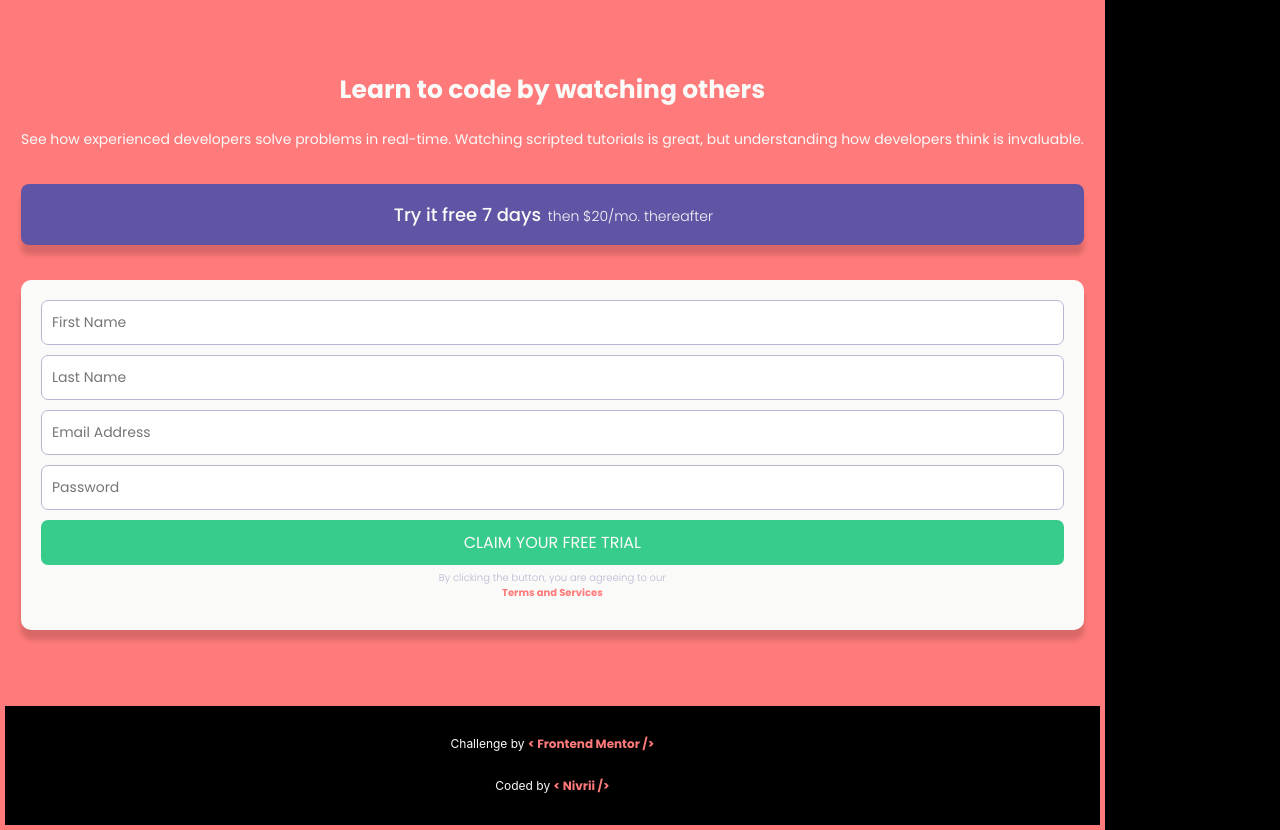
Repository: nivrii/intro-component-with-signup
Page: /
The author's editor kept a copy of each file at every save. The page is drawn from the files as they stood at one save, then again after the next save.
The browser window is 1280 px wide. The pictures show the whole page.
The project was rebuilt for these pictures with package versions that can differ from the ones it lists, and the page was loaded fresh each time. Also part of the build but not shown: vite.config.js.

Above is the page before, as saved 2023-10-19 16:55:31.

### src/App.jsx
import Container from "./Container/Container";
import { Footer } from "./Footer/Footer";

import "./App.css";
import { useState } from "react";

function App() {
  const [userArray, setUserArray] = useState({});
  return (
    <div className="UI">
      <Container userArray={userArray} setUserArray={setUserArray} />
      <Footer />
    </div>
  );
}

export default App;

### src/Container/Container.jsx
/* eslint-disable react/prop-types */
import { Form } from "./Form/Form";
import { Card } from "./Card/Card";
import { Content } from "./Content/Content";

const Container = (props) => {
  const { userArray, setUserArray } = props;
  return (
    <div className="container">
      <Content />
      <Card />
      <Form userArray={userArray} setUserArray={setUserArray} />
    </div>
  );
};
export default Container;

### src/Footer/Footer.jsx
import "./Footer.css";
export function Footer() {
  const frontend = '< Frontend Mentor />';
  const coder = "< Nivrii />";
  return (
    <footer>
      <p className="attribution">
        Challenge by{" "}
        <a
          href="https://www.frontendmentor.io?ref=challenge"
          target="_blank"
          rel="noreferrer"
        >
          {frontend}
        </a>
        </p>
        <p className="attribution">
         Coded by{" "}
        <a href="https://github.com/nivrii/intro-component-with-signup">
          {coder}
        </a>
      </p>
    </footer>
  );
}

### src/App.css
* {
  box-sizing: border-box;
  border: 0;
  padding: 0;
}
:root {
  /*Primary colors*/
  --red: hsl(0, 100%, 74%);
  --green: hsl(154, 59%, 51%);
  /*Accent colors*/
  --blue: hsl(248, 32%, 49%);
  --white: #fafaf9;
  /*Neutral colors*/
  --dark-blue: hsl(249, 10%, 26%);
  --grayish-blue: hsl(246, 25%, 77%);
  /*typography*/
  --fSize: 14px;
  --w4: 400;
  --w5: 500;
  --w6: 600;
  --w7: 700;
}
@font-face {
  font-family: "Poppins-bold";
  src: url(./assets/Fonts/poppins/Poppins-Bold.otf) format("opentype");
}
@font-face {
  font-family: "Poppins-regular";
  src: url(./assets/Fonts/poppins/Poppins-Regular.otf) format("opentype");
}
@font-face {
  font-family: "Poppins-medium";
  src: url(./assets/Fonts/poppins/Poppins-Medium.otf) format("opentype");
}
@font-face {
  font-family: "Poppins-light";
  src: url(./assets/Fonts/poppins/Poppins-Light.otf) format("opentype");
}
body {
  background-color: #000;
}
.UI {
  display: flex;
  flex-direction: column;
}
.container {
  display: flex;
  flex-direction: column;
  align-items: center;
  justify-content: center;
  width: 100%;
  min-height: 80vh;
  background-color: var(--red);
  padding: 50px 20px 70px;
  margin: 0;
  border: 1px solid var(--red);
}
.close {
  display: none;
}

### src/Container/Form/Form.jsx
/* eslint-disable no-useless-escape */
/* eslint-disable react/prop-types */
import "./Form.css";
import Success from "./Success/Success";
import { useEffect, useState } from "react";
import errorIcon from "../../../public/images/icon-error.svg";

export function Form({ userArray, setUserArray }) {
  const [fName, setFName] = useState("");
  const [lName, setLName] = useState("");
  const [email, setEmail] = useState("");
  const [password, setPassword] = useState("");

  const [fNameEmpty, setFNameEmpty] = useState(false);
  const [lNameEmpty, setLNameEmpty] = useState(false);
  const [emailEmpty, setEmailEmpty] = useState(false);
  const [emailPass, setEmailPass] = useState(false);
  const [passEmpty, setPassEmpty] = useState(false);

  const handleFirstName = (e) => {
    e.preventDefault();
    let value = e.target.value;
    value === "" ? setFNameEmpty(true) : setFNameEmpty(false);
    setFName(value);
  };
  const handleLastName = (e) => {
    e.preventDefault();
    let value = e.target.value;
    value === "" ? setLNameEmpty(true) : setLNameEmpty(false);
    setLName(value);
  };
  const handleEmail = (e) => {
    e.preventDefault();

    let value = e.target.value.trim();
    if (value === "") {
      document.querySelector(".email-input").classList.add("input-error");
      setEmailEmpty(true);
    } else {
      setEmailEmpty(false);
    }
    setEmail(value);
  };
  const emailMatcher = (email) => {
    const regex =
      /^(([^<>()[]\\.,;:s@"]+(.[^<>()[]\\.,;:s@"]+)*)|(".+"))@(([[0-9]{1,3}.[0-9]{1,3}.[0-9]{1,3}.[0-9]{1,3}])|(([a-zA-Z-0-9]+.)+[a-zA-Z]{2,}))$/;
    if (!email.match(regex)) {
      document.querySelector(".email-input").classList.add("input-error");
      document.querySelector(".miss-email").classList.remove("close");
      document.querySelector(".miss-email").classList.add("mismatch");
      setEmailPass(false);
      return;
    } else {
      setEmailPass(true);
      document.querySelector(".miss-email").classList.add("close");
      document.querySelector(".miss-email").classList.remove("mismatch");
    }
  };

  const handlePassword = (e) => {
    e.preventDefault();
    let value = e.target.value;
    value === "" ? setPassEmpty(true) : setPassEmpty(false);
    setPassword(value);
  };
  const handleSubmit = (e) => {
    e.preventDefault();
    if (fName === "") {
      setFNameEmpty(true);
      document.querySelector(".fName-input").classList.add("input-error");
      return;
    }
    if (lName === "") {
      setLNameEmpty(true);
      document.querySelector(".lName-input").classList.add("input-error");
      return;
    }
    if (email === "") {
      setEmailEmpty(true);
      document.querySelector(".email-input").classList.add("input-error");

      return;
    }
    emailMatcher(email);
    if (!emailPass) {
      document.querySelector(".email-input").classList.add("input-error");
      return;
    }
    if (password === "") {
      setPassEmpty(true);
      document.querySelector(".password-input").classList.add("input-error");
      return;
    } else {
      setEmailPass(true);
      setUserArray({
        fName: fName,
        lName: lName,
        email: email,
      });
      setFName("");
      setEmail("");
      setLName("");
      setPassword("");
      document.querySelector("form").classList.add("close");
      document.querySelector(".card__content").classList.add("close");
      document.querySelector(".content").classList.add("close");
      document.querySelector(".success").classList.remove("close");
    }
  };
  useEffect(() => {
    console.log(userArray);
  }, [userArray]);

  return (
    <>
      <form
        action="submit"
        className="form"
        onSubmit={(e) => e.preventDefault()}
      >
        <div className="input-enclose">
          {fNameEmpty && (
            <img src={errorIcon} alt="error-icon" className="error-icon" />
          )}
          <input
            type="text"
            placeholder="First Name"
            value={fName}
            name={fName}
            className="input fName-input"
            onChange={(e) => handleFirstName(e)}
            onKeyDown={() =>
              document
                .querySelector(".fName-input")
                .classList.remove("input-error")
            }
          />
          <div className="err-enclose">
            {fNameEmpty && (
              <div className=" err err-fName">First Name Cannot Be Empty</div>
            )}
          </div>
        </div>

        <div className="input-enclose">
          {lNameEmpty && (
            <img src={errorIcon} alt="error-icon" className="error-icon" />
          )}
          <input
            type="text"
            placeholder="Last Name"
            value={lName}
            name={lName}
            className="input lName-input"
            onChange={(e) => handleLastName(e)}
            onKeyDown={() =>
              document
                .querySelector(".lName-input")
                .classList.remove("input-error")
            }
          />
          <div className="err-enclose">
            {lNameEmpty && (
              <div className=" err err-lName">Last Name Cannot Be Empty</div>
            )}
          </div>
        </div>

        <div className="input-enclose">
          {emailEmpty && (
            <img src={errorIcon} alt="error-icon" className="error-icon" />
          )}
          <input
            type="email"
            placeholder="Email Address"
            value={email}
            name={email}
            className="input email-input"
            onChange={(e) => handleEmail(e)}
            onKeyDown={() =>
              document
                .querySelector(".email-input")
                .classList.remove("input-error")
            }
          />
          <div className="err-enclose">
            {emailEmpty && (
              <div className="err err-email">Email Cannot Be Empty</div>
            )}
            <div className="miss-email  close">
              That does not look like an email
            </div>
          </div>
        </div>

        <div className="input-enclose">
          {passEmpty && (
            <img src={errorIcon} alt="error-icon" className="error-icon" />
          )}
          <input
            type="password"
            placeholder="Password"
            value={password}
            name={password}
            className="input password-input"
            onChange={(e) => handlePassword(e)}
            onKeyDown={() =>
              document
                .querySelector(".password-input")
                .classList.remove("input-error")
            }
          />
          <div className="err-enclose">
            {passEmpty && (
              <div className="  err err-password">Password Cannot Be Empty</div>
            )}
          </div>
        </div>

        <button type="submit" className="btn" onClick={(e) => handleSubmit(e)}>
          Claim your free trial
        </button>
        <div className="pWrap">
          <p>By clicking the button, you are agreeing to our</p>
          <p>Terms and Services</p>
        </div>
      </form>
      <Success userArray={userArray} />
    </>
  );
}

### src/Container/Card/Card.jsx
import "./Card.css";
export function Card() {
  return (
      <div className="card__content">
        <p><span>Try it free 7 days </span>
        then $20/mo. thereafter</p>
      </div>
  );
}

### src/Container/Content/Content.jsx
import "./Content.css";
export function Content() {
  return (
    <div className="content">
      <h4>Learn to code by watching others</h4>
      <p>
        See how experienced developers solve problems in real-time. Watching
        scripted tutorials is great, but understanding how developers think is
        invaluable.
      </p>
    </div>
  );
}

### src/Footer/Footer.css
@import url(../App.css);

footer {
  display: flex;
  flex-direction: column;
  align-items: center;
  justify-content: center;
  width: 100%;
  height: 18vh;
  background-color: #000;
  padding: 5px;
  border: 5px solid var(--red);
  margin-top: auto;
  & .attribution {
    color: var(--white);
    font-family: "Poppins-light" sans-serif;
    font-size: 12px;
    & a {
      color: var(--red);
      font-family: "Poppins-bold", sans-serif;
      text-decoration: none;
      &:hover {
        color: var(--white);
        text-decoration: line-through;
      }
    }
  }
}

### src/Container/Form/Form.css
@import url(../../App.css);
.close {
  display: none;
}
.form {
  display: flex;
  flex-direction: column;
  background-color: var(--white);
  width: 100%;
  margin-top: 15px;
  padding: 20px;
  gap: 10px;
  border-radius: 10px;
  box-shadow: 0 10px 5px rgba(0, 0, 0, 0.15);
  & .input,
  .btn {
    height: 45px;
    width: 100%;
    border-radius: 7px;
    font-family: "Poppins-regular", sans-serif;
    -webkit-transition: 0.5s;
    transition: 0.5s;
  }
  & .input-error {
    border: 1px solid var(--red) !important;
    color: var(--red) !important;
    outline: none;
    &:focus {
      border: 2px solid var(--red) !important;
    }
    &::placeholder {
      color: var(--red);
    }
  }
  & .input-enclose {
    display: flex;
    flex-direction: column;
    .input {
      border: 1px solid var(--grayish-blue);
      padding-left: 10px;
      font-size: var(--fSize);
    }
    & .err-enclose {
      display: flex;
      justify-content: flex-end;
      align-items: center;
      & .err {
        display: block;
        color: var(--red);
        border-radius: 7px;
        height: 15px;
        width: auto;
        margin-left: calc(100% - width);
        padding: 5px;
        font-size: 10px;
        font-family: "Poppins-light", sans-serif;
        background-color: var(--white);
        z-index: 999;
      } & .mismatch{
        position: absolute;
        /* height: 15px;
        padding: 5px;
        color: var(--red);
        border-radius: 7px;
        height: 15px;
        width: auto;
        margin-left: calc(100% - width);
        padding: 5px;
        font-size: 10px;
        font-family: "Poppins-light", sans-serif; */
        z-index: 0;
      }
    }
    & .error-icon {
      position: absolute;
      padding: 2px;
      right: 50px;
      width: 25px;
      height: 25px;
      margin-top: 10px;
      margin-right: 10px;
    }
  }
  & .btn {
    background-color: var(--green);
    color: var(--white);
    text-transform: uppercase;
    transition-duration: 0.3s;
    transition-timing-function: ease;
    &:hover {
      transform: scale(1.05);
    }
  }
  & .pWrap {
    padding: 10px;
    text-align: center;
    margin-top: -15px;
    & * {
      margin: 0;
      font-size: 10px;
    }
    & p:nth-child(1) {
      font-family: "Poppins-light", sans-serif;
      color: var(--grayish-blue);
    }
    & p:nth-child(2) {
      font-family: "Poppins-bold", sans-serif;
      color: var(--red);
    }
  }
}

### src/Container/Form/Success/Success.jsx
/* eslint-disable react/prop-types */
import "./Success.css";
import success from "../../../assets/images/icon-success.svg";
function Success({ userArray }) {
  const { lName, fName, email } = userArray;
  return (
    <div className="close success">
      <img src={success} alt="success" />
      <h4>
        Hello{" "}
        <span className="span__name">
          {fName} {lName}
        </span>
      </h4>
      <p>
        We have sent a confirmation email to <span className="span__email">{email}</span> .
      </p>
      <p>
        If this was not you, click to go back{" "}
        <br />
        <button className="back">Go Back</button>
      </p>
    </div>
  );
}

export default Success;

### src/Container/Card/Card.css
@import url(../../App.css);

.card__content{
    width: 100%;
    background-color: var(--blue);
    border-radius: 8px;
    padding: 15px 40px;
    margin: 20px 0;
    box-shadow: 0 10px 5px rgba(0, 0, 0, 0.15);
    & *{
        color: var(--white);
        text-align: center;
        margin: 2px;
    }& span{
        font-size: 18px;
        font-family: 'Poppins-medium', sans-serif;
    }
    & p{
        font-family: 'Poppins-light', sans-serif;
        font-size: var(--fSize);

    }
}

### src/Container/Content/Content.css
@import url(../../App.css);

.content {
  & * {
    color: var(--white);
    text-align: center;
  }
  & h4 {
    font-size: 25px;
    margin: 20px;
    font-family: 'Poppins-bold', sans-serif;
  }
  & p {
    font-size: var(--fSize);
    font-family: 'Poppins-regular', sans-serif;
  }
}

### src/Container/Form/Success/Success.css
@import url(../../../App.css);

.success{
    display: flex;
    flex-direction: column;
    align-items: center;
    & img{
        height: 70px;
        width: 70px;
    }
    & h4{
        color:var(--white);
        font-family: 'Poppins-light', sans-serif;
        & .span__name{
            font-family: 'Poppins-bold', sans-serif;
            text-transform: uppercase;
        }
    }
    & p{
        text-align: center;
        font-family: 'Poppins-regular', sans-serif;
        & button{
            padding: 5px;
            border-radius: 3px;
            background-color: transparent;
            color:var(--green);
            font-family: 'Poppins-bold', sans-serif;
            margin-top: 10px;
            &:hover{
                background-color:var(--green);
                color:var(--white);
            }
        }
        & .span__email{
            text-decoration: underline;
            font-family: 'Poppins-bold', sans-serif;
        }
    }
}

Loaded but not shown: index.html (common file); src/main.jsx (common file); src/index.css (common file)

After the next save:
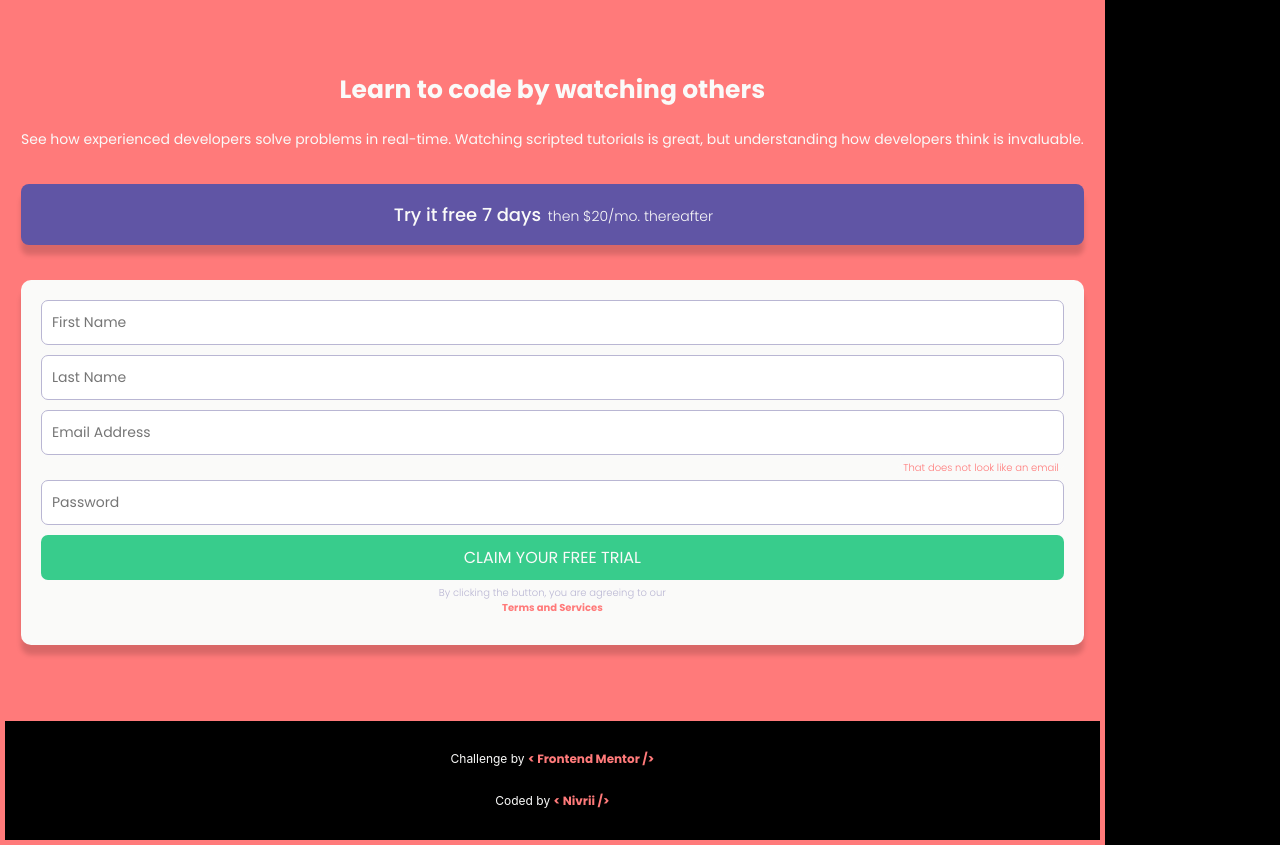
Saved 17 s later.
--- a/src/Container/Form/Form.jsx
+++ b/src/Container/Form/Form.jsx
@@ -187,7 +187,7 @@
             {emailEmpty && (
               <div className="err err-email">Email Cannot Be Empty</div>
             )}
-            <div className="miss-email  close">
+            <div className="miss-email  err close">
               That does not look like an email
             </div>
           </div>

After the save that followed:
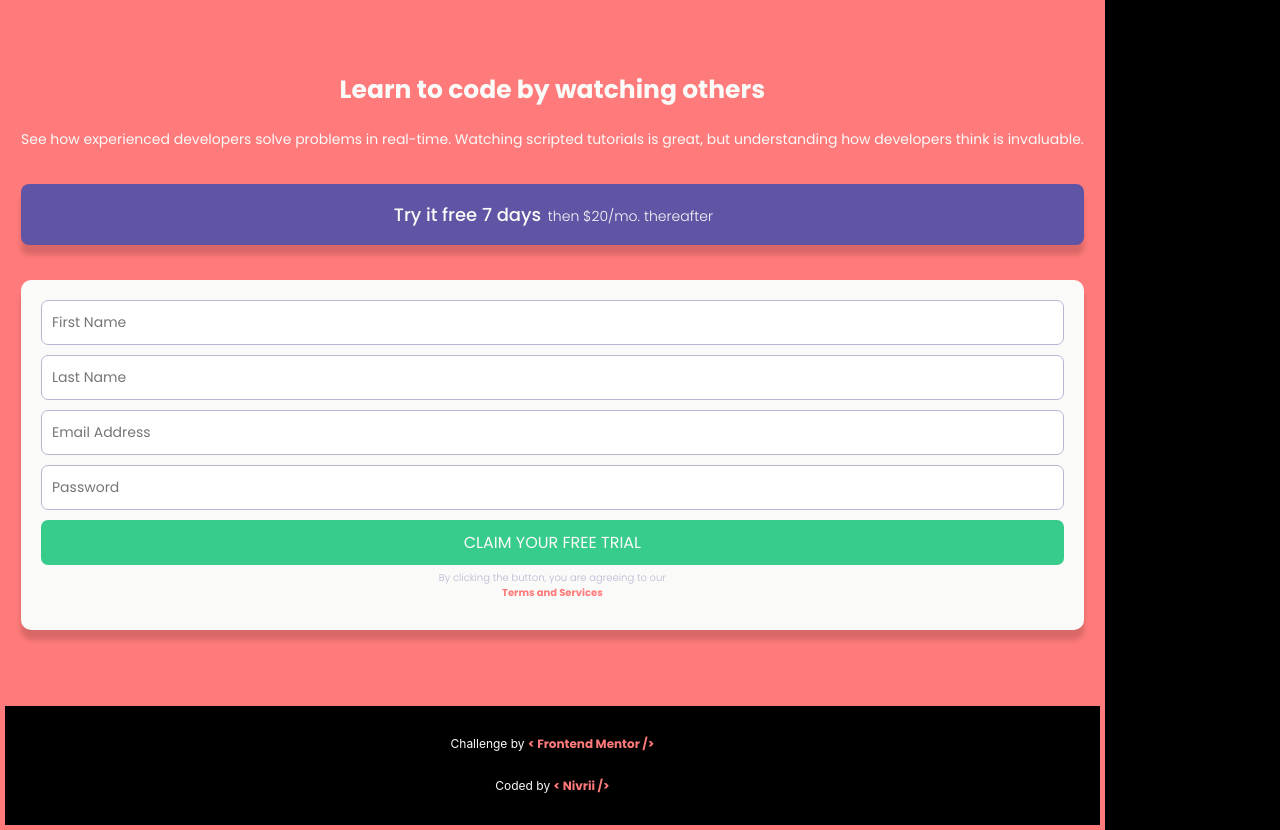
Saved 16 s later.
--- a/src/Container/Form/Form.jsx
+++ b/src/Container/Form/Form.jsx
@@ -187,7 +187,7 @@
             {emailEmpty && (
               <div className="err err-email">Email Cannot Be Empty</div>
             )}
-            <div className="miss-email  err close">
+            <div className="miss-email close">
               That does not look like an email
             </div>
           </div>
